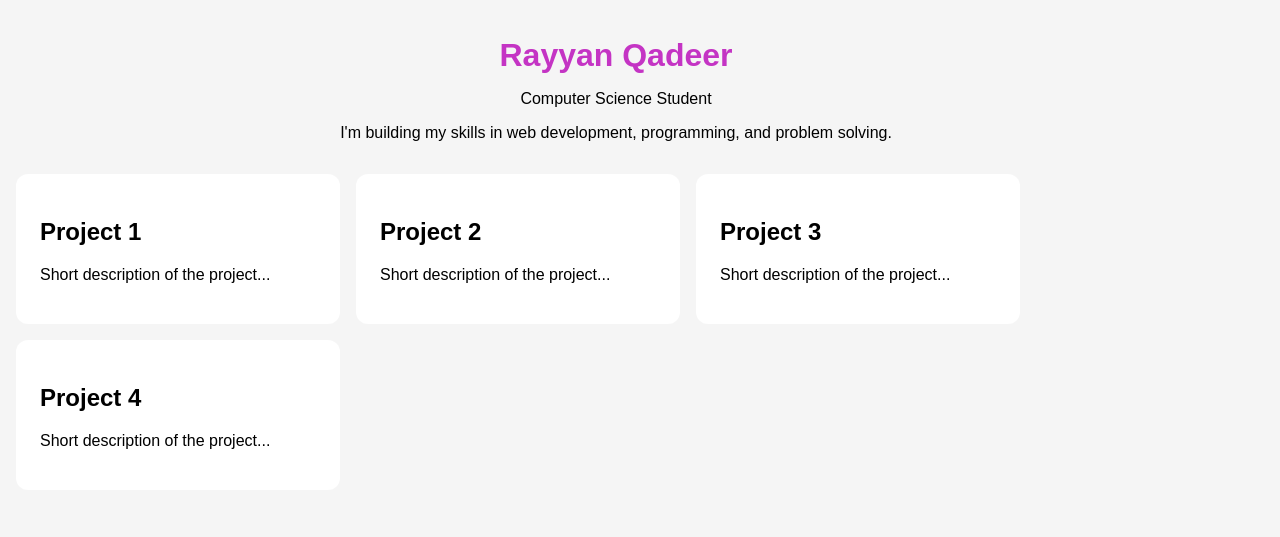
Repository: rayyan-qadeer/rayyan-qadeer
Page: index.html
These files come from the project's save history. The page is drawn as it stood at one moment and after the next save; the edit follows.
The browser window is 1280 px wide. The pictures show the whole page.

Above is the page before, as saved 2026-04-22 13:51:40.

After the next save:
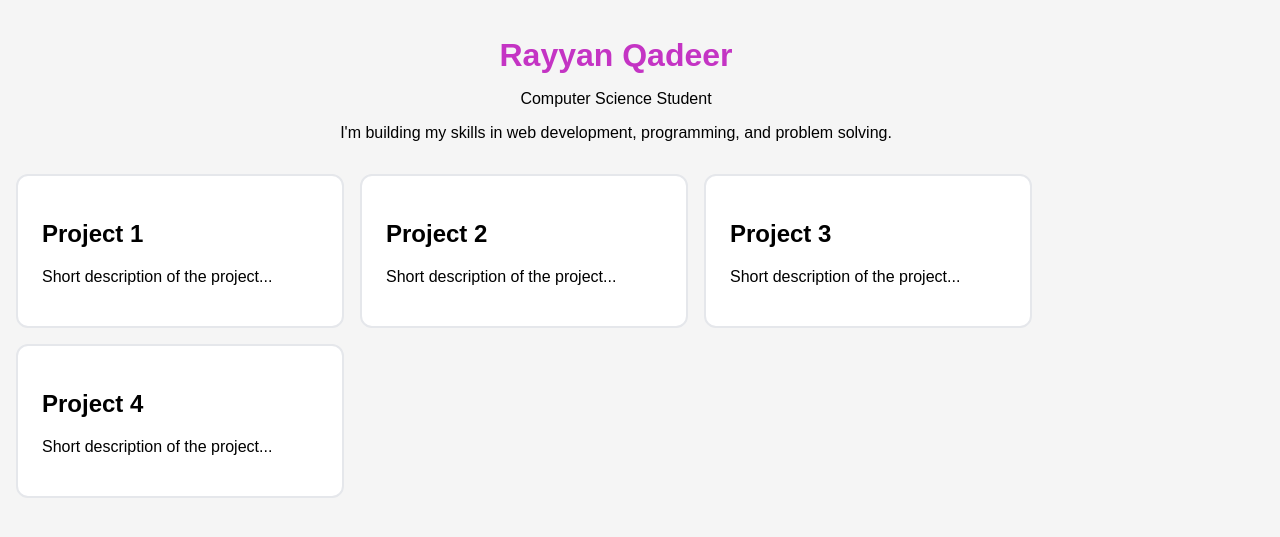
Saved 22 s later.
--- a/styles/index.css
+++ b/styles/index.css
@@ -24,7 +24,7 @@
   background-color: white;
   padding: 1.5rem;
   border-radius: 12px;
-  border: 20px #e5e7eb;
+  border: 2px solid #e5e7eb;
 }
 
 .card:hover {

After the save that followed:
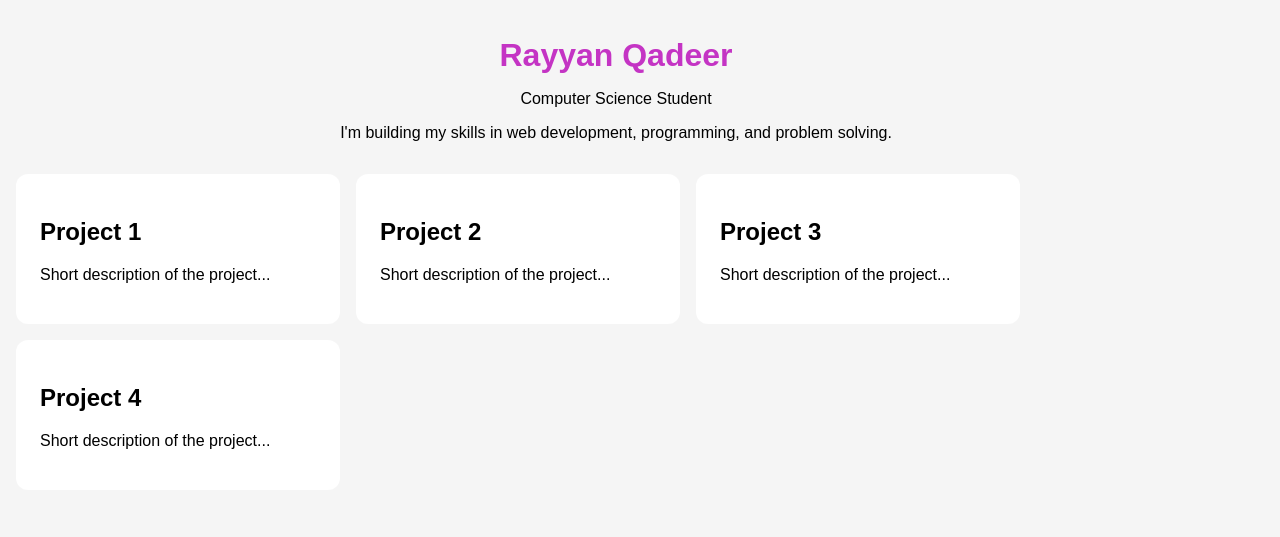
Saved 6 s later.
--- a/styles/index.css
+++ b/styles/index.css
@@ -24,7 +24,7 @@
   background-color: white;
   padding: 1.5rem;
   border-radius: 12px;
-  border: 2px solid #e5e7eb;
+  border: 2px #e5e7eb;
 }
 
 .card:hover {
